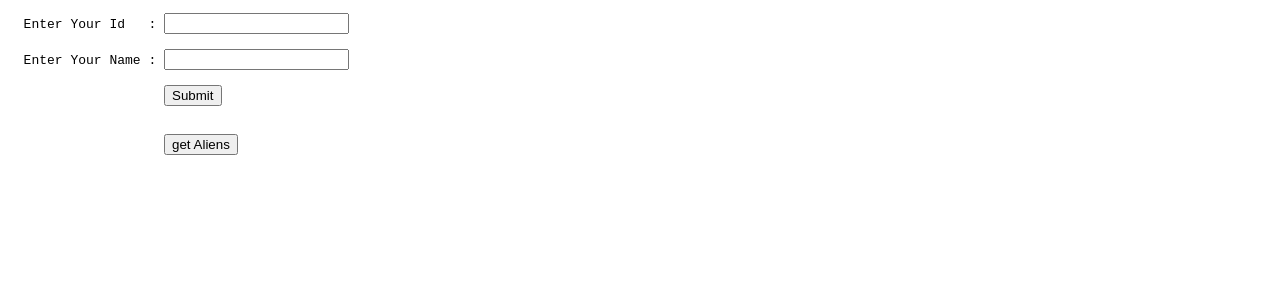
Repository: albelsingh/Spring-boot
Page: http://localhost/SpringMVCBoot-1/views/index.jsp
These files come from the project's save history. The page is drawn as it stood at one moment and after the next save; the edit follows.
The browser window is 1280 px wide. The pictures show the whole page.
The page is served by Tomcat 9.

Above is the page before, as saved 2020-06-19 17:54:46.

After the next save:
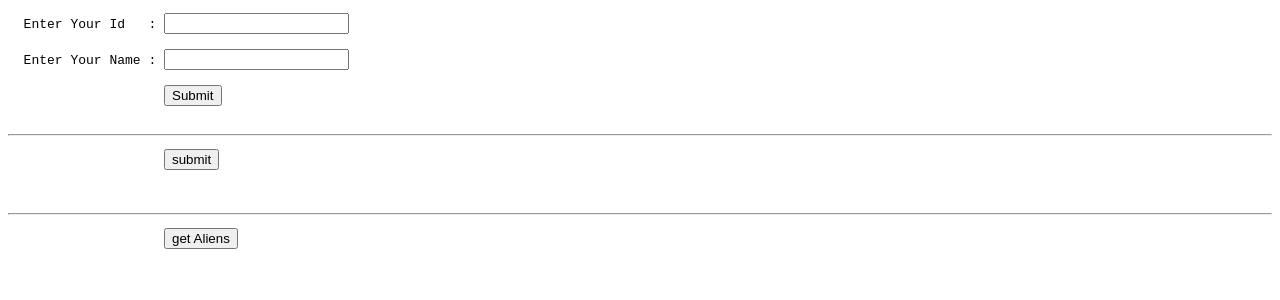
Saved 9 h 36 min later.
--- a/SpringMVCBoot-1/src/main/webapp/views/index.jsp
+++ b/SpringMVCBoot-1/src/main/webapp/views/index.jsp
@@ -15,7 +15,13 @@
                     <input type="submit">
   </pre>
   </form>
-
+  <hr>
+     <form action="getAlien" method="GET">
+  <pre>
+                    <input type="submit" name="b1" value="submit"><br>
+  </pre>
+  </form>
+  <hr>
     <form action="getAliens" method="GET">
   <pre>
                     <input type="submit" name="b1" value="get Aliens"><br>
